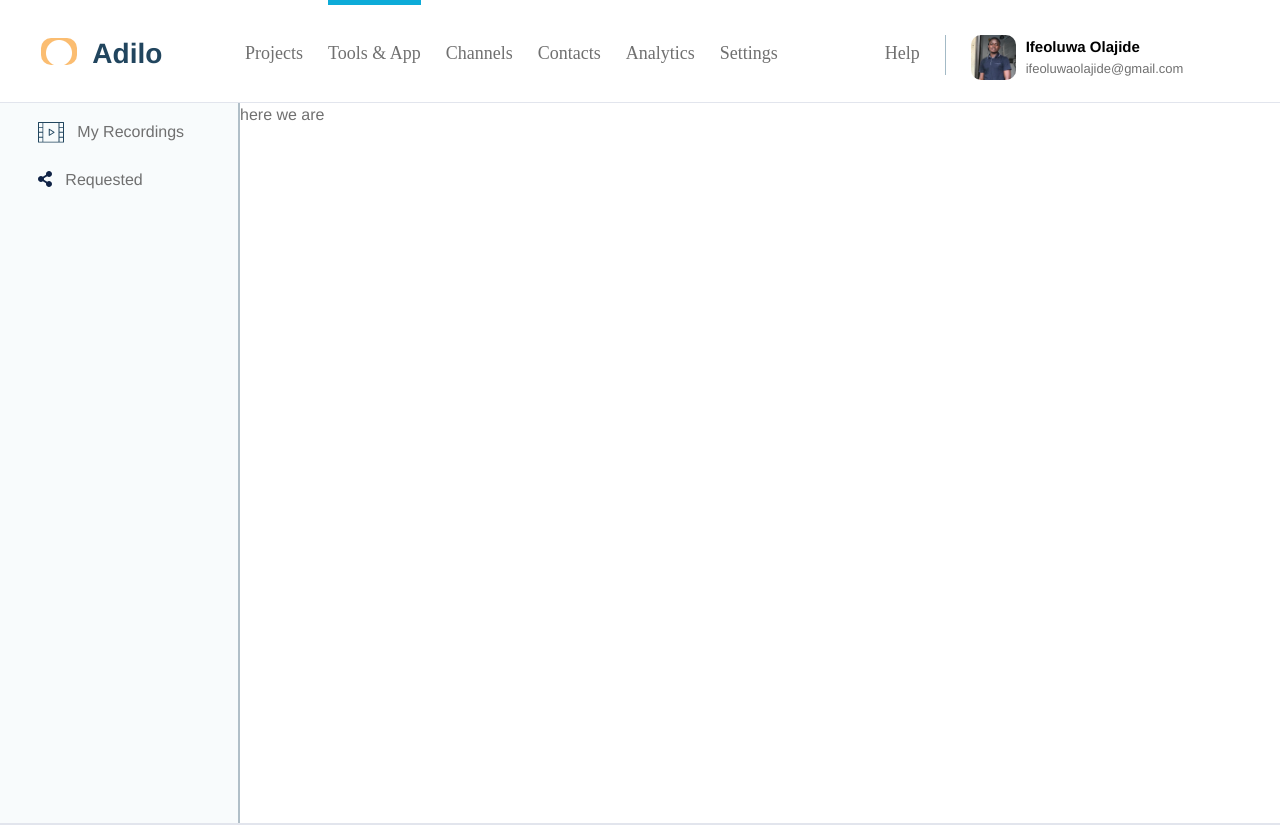
Repository: olhighjay/video_recorder
Page: /
These files come from the project's save history. The page is drawn as it stood at one moment and after the next save; the edit follows.
The browser window is 1280 px wide. The pictures show the whole page.
Some web libraries are served in a nearby version. The project was rebuilt for these pictures with package versions that can differ from the ones it lists, and the page was loaded fresh each time. Also part of the build but not shown: vue.config.js.

Above is the page before, as saved 2022-07-28 20:13:28.

### public/index.html
<!DOCTYPE html>
<html lang="">
  <head>
    <meta charset="utf-8">
    <meta http-equiv="X-UA-Compatible" content="IE=edge">
    <meta name="viewport" content="width=device-width,initial-scale=1.0">
    <link rel="icon" href="<%= BASE_URL %>favicon.ico">
    <title><%= htmlWebpackPlugin.options.title %></title>
    <link rel="stylesheet" href="https://cdn.jsdelivr.net/npm/bootstrap@4.0.0/dist/css/bootstrap.min.css" integrity="sha384-Gn5384xqQ1aoWXA+058RXPxPg6fy4IWvTNh0E263XmFcJlSAwiGgFAW/dAiS6JXm" crossorigin="anonymous">
    <link rel="stylesheet" href="https://cdnjs.cloudflare.com/ajax/libs/font-awesome/5.1.0/css/all.css" integrity="sha512-ajhUYg8JAATDFejqbeN7KbF2zyPbbqz04dgOLyGcYEk/MJD3V+HJhJLKvJ2VVlqrr4PwHeGTTWxbI+8teA7snw==" crossorigin="anonymous" referrerpolicy="no-referrer" />
  </head>
  <body>
    <noscript>
      <strong>We're sorry but <%= htmlWebpackPlugin.options.title %> doesn't work properly without JavaScript enabled. Please enable it to continue.</strong>
    </noscript>
    <div id="app"></div>
    <!-- built files will be auto injected -->

    <script src="https://cdnjs.cloudflare.com/ajax/libs/font-awesome/5.1.0/js/all.js" integrity="sha512-vn7pO1RiR0IT5T9K+USTmMfkTaecOtFtCCV0JvT+j8ZPBujq6C3P5J2sHttG7D41pBPqLCih+7lIXamnFodtUw==" crossorigin="anonymous" referrerpolicy="no-referrer"></script>
    <script src="https://code.jquery.com/jquery-3.2.1.slim.min.js" integrity="sha384-KJ3o2DKtIkvYIK3UENzmM7KCkRr/rE9/Qpg6aAZGJwFDMVNA/GpGFF93hXpG5KkN" crossorigin="anonymous"></script>
<script src="https://cdn.jsdelivr.net/npm/popper.js@1.12.9/dist/umd/popper.min.js" integrity="sha384-ApNbgh9B+Y1QKtv3Rn7W3mgPxhU9K/ScQsAP7hUibX39j7fakFPskvXusvfa0b4Q" crossorigin="anonymous"></script>
<script src="https://cdn.jsdelivr.net/npm/bootstrap@4.0.0/dist/js/bootstrap.min.js" integrity="sha384-JZR6Spejh4U02d8jOt6vLEHfe/JQGiRRSQQxSfFWpi1MquVdAyjUar5+76PVCmYl" crossorigin="anonymous"></script>
  </body>
</html>

### src/App.vue
<template>
  <!-- <img alt="Vue logo" src="./assets/logo.png"> -->
  <div>
    <navbar></navbar>
    <div id="main-flex">
      <div class="my-sidebar">
       <ul class="my-sidebar-items">
            <li> <img src="./assets/video-player.png" alt=""> &nbsp; My Recordings</li>
            <li> <i class="fa fa-share-alt" style="color:#102346"></i> &nbsp; Requested</li>
          </ul>
     </div>
      <div class="my-main">
        here we are
      </div>
    </div>
  </div>
</template>

<script>
// import HelloWorld from './components/HelloWorld.vue'
import Navbar from './layouts/Navbar.vue'

export default {
  name: 'App',
  components: {
    Navbar
  }
}
</script>

<style>

#main-flex {
  display: flex;
}


.my-sidebar {
  flex: 0 0 240px;
  height: 100vh;
  background-color: #ebf2f656;
  border-right: 2px solid #21455e54;
  /* border-right: 2px solid #21455E; */
  /* width:250px; */
}
.my-sidebar-items {
  list-style: none;
  padding: 0;
}
.my-sidebar-items>li {
  margin : 10px 12px 10px 18px;
  padding: 7px 20px ;
}





.my-main {
  flex: 1;
  flex-wrap: wrap;
}



#app {
  font-family: Avenir, Helvetica, Arial, sans-serif;
  -webkit-font-smoothing: antialiased;
  -moz-osx-font-smoothing: grayscale;
   /* text-align: center; */
   font-size: 16px;
  color: #707070;
  border-bottom: solid 2px #E2E5ED;
  width: 100vw;
  overflow: hidden;
  /* margin-top: 60px;  */
}


</style>

### src/layouts/Navbar.vue
<template>
    <nav class="">
      <div class="nav-logo-area">
        <div class="nav-logo-area-inner">
          <div class="white-logo-wrap">
            <span class="white-logo-bkg">
            <img alt="Adilo logo" src="../assets/swarm.png">
            </span>
          </div>
          <div class="adilo">Adilo</div>
        </div>
      </div>
      <div class="nav-tab">
        <ul class="my-nav-list">
          <li><a>Projects</a></li>
          <li class="active-nav-item"> <a>Tools & App</a></li>
          <li><a>Channels</a></li>
          <li><a>Contacts</a></li>
          <li><a>Analytics</a></li>
          <li><a>Settings</a></li>
        </ul>
      </div>
      <div class="nav-profile">
        <ul class="my-nav-list">
          <li><a>Help</a></li>
        </ul>
        <div class="profile-info">
          <div class="profile-border"></div>
          <div >
            <img alt="Profile Image" src="../assets/profile.jpg" class="profile-img">
          </div>
          <div style="margin-left:10px">
            <span class="profile-name">Ifeoluwa Olajide </span>
            <p class="profile-email">ifeoluwaolajide@gmail.com</p>
          </div>
        </div>
      </div>
    </nav>
</template>
<script>
export default {
    name: 'NavbarComponent'
}
</script>
<style>
     nav {
    display: flex;
    /* height: 69px; */
    padding: 0 0.032%;
    border-bottom: solid 1px #E2E5ED;
  }

  .nav-logo-area {
    flex: 0 0 16%;
    padding-left: 3.2%;
    padding-top: 19px;
    padding-bottom: 27px;
  }
  .nav-logo-area-inner {
    display: flex;
  }
  .nav-tab {
    flex: 0 0 50%;
  }
  .nav-profile {
    flex: 0 0 34%;
    display: flex;
  }
  .my-nav-list {
    list-style: none;
    padding-top: 40px;
  }
  .my-nav-list>li {
    display: inline;
    margin-right: 25px;
    padding-top: 40px;
  }
  .my-nav-list>li>a {
    text-align: left;
    font: normal normal normal 18px/27px Poppins;
    letter-spacing: 0px;
    color: #707070;
    opacity: 1
  }
  .white-logo-wrap {
    padding-top:21px;
  }
  .white-logo-bkg {
    background-color:#FBBD71;
    padding:5px;
    border-radius:10px;
  }
  .adilo {
    font-size:28px;
    margin-left:15px;
    font-weight:bold;
    color:#21455E;
    padding-top:14px;
  }
  .profile-info {
    padding-top:35px;
    display:flex;
  }
  .active-nav-item {
    border-top: 6px solid #0DABD8;
  }
  .profile-border {
    border-left: 1px solid #A3BAC6;
    padding-left:25px;
    height:40px;
  }
  .profile-img {
    width:45px; height: 45px;
    border-radius:10px;
  }
  .profile-name {
    font-weight:bold;
    font-size:15px;
    color:black;
  }
  .profile-email {
    font-size:13px;
  }
</style>

Loaded but not shown: src/main.js (common file)

After the next save:
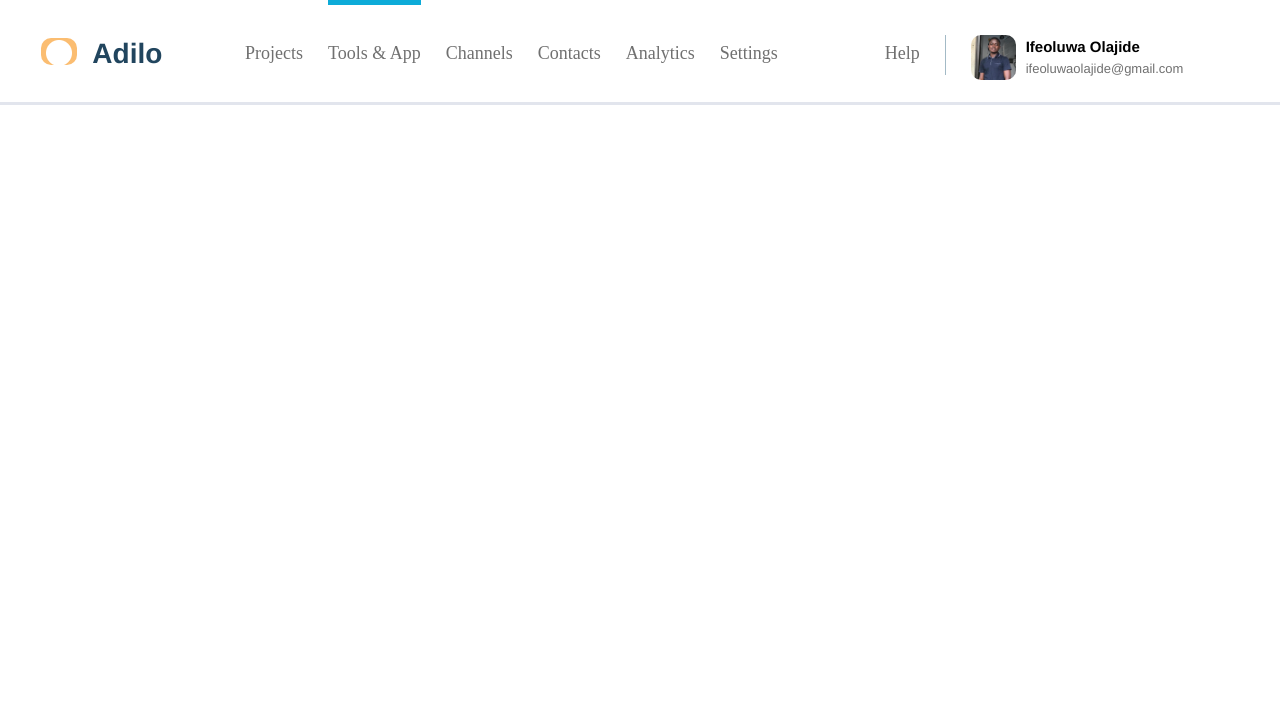
Saved 56 s later.
--- a/src/App.vue
+++ b/src/App.vue
@@ -2,17 +2,7 @@
   <!-- <img alt="Vue logo" src="./assets/logo.png"> -->
   <div>
     <navbar></navbar>
-    <div id="main-flex">
-      <div class="my-sidebar">
-       <ul class="my-sidebar-items">
-            <li> <img src="./assets/video-player.png" alt=""> &nbsp; My Recordings</li>
-            <li> <i class="fa fa-share-alt" style="color:#102346"></i> &nbsp; Requested</li>
-          </ul>
-     </div>
-      <div class="my-main">
-        here we are
-      </div>
-    </div>
+
   </div>
 </template>
 
